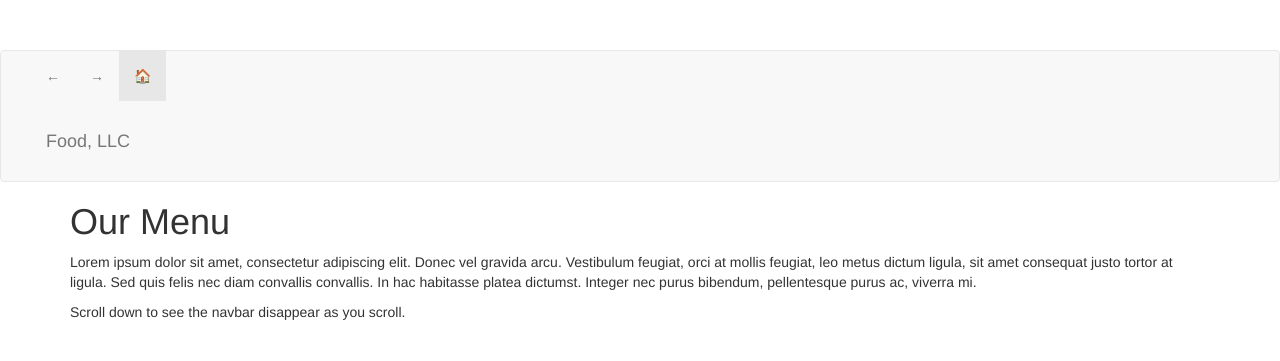
Repository: imen-chabchoub/coursera-test1
Page: mod3-solution/index.html
The author's editor kept a copy of each file at every save. The page is drawn from the files as they stood at one save, then again after the next save.
The browser window is 1280 px wide. The pictures show the whole page.

Above is the page before, as saved 2025-02-12 14:25:18.

### mod3-solution/index.html
<!DOCTYPE html>
<html lang="en">
<head>
    <meta charset="UTF-8">
    <meta name="viewport" content="width=device-width, initial-scale=1.0">
    <title>Food, LLC</title>
    <link rel="stylesheet" href="https://maxcdn.bootstrapcdn.com/bootstrap/3.3.7/css/bootstrap.min.css">
    <link rel="stylesheet" href="css/style.css">
</head>
<body>
    <!-- Navbar -->
    <nav class="navbar navbar-default">
        <div class="container-fluid">
            <!-- Brand and toggle get grouped for better mobile display -->
            <div class="navbar-header">
                <button type="button" class="navbar-toggle collapsed" data-toggle="collapse" data-target="#navbar-collapse">
                    <span class="sr-only">Toggle navigation</span>
                    <span class="icon-bar"></span>
                    <span class="icon-bar"></span>
                    <span class="icon-bar"></span>
                </button>
            </div>

            <!-- Collect the nav links, forms, and other content for toggling -->
            <div class="collapse navbar-collapse" id="navbar-collapse">
                <ul class="nav navbar-nav">

                    <li><a href="#" class="nav-back">←</a></li>
                    <li><a href="#" class="nav-forward">→</a></li>
                    <li class="active"><a href="#" class="nav-home">🏠</a></li>




                </ul>
                <div class="navbar-text">
                    <a class="navbar-brand" href="#">Food, LLC</a>
                </div>
            </div><!-- /.navbar-collapse -->
        </div><!-- /.container-fluid -->
    </nav>

    <!-- Content -->
    <div class="container">
        <h1>Our Menu</h1>
        <p>Lorem ipsum dolor sit amet, consectetur adipiscing elit. Donec vel gravida arcu. Vestibulum feugiat, orci at mollis feugiat, leo metus dictum ligula, sit amet consequat justo tortor at ligula. Sed quis felis nec diam convallis convallis. In hac habitasse platea dictumst. Integer nec purus bibendum, pellentesque purus ac, viverra mi.</p>
        <p>Scroll down to see the navbar disappear as you scroll.</p>
    </div>

    <script src="https://ajax.googleapis.com/ajax/libs/jquery/1.12.4/jquery.min.js"></script>
    <script src="https://maxcdn.bootstrapcdn.com/bootstrap/3.3.7/js/bootstrap.min.js"></script>
</body>
</html>

### mod3-solution/css/style.css
body {
    padding-top: 50px; /* Ensure the content does not overlap the navbar */
}

.navbar {
    margin-bottom: 0;
}

.navbar-text {
    text-align: center;
    width: 100%;
}

After the next save:
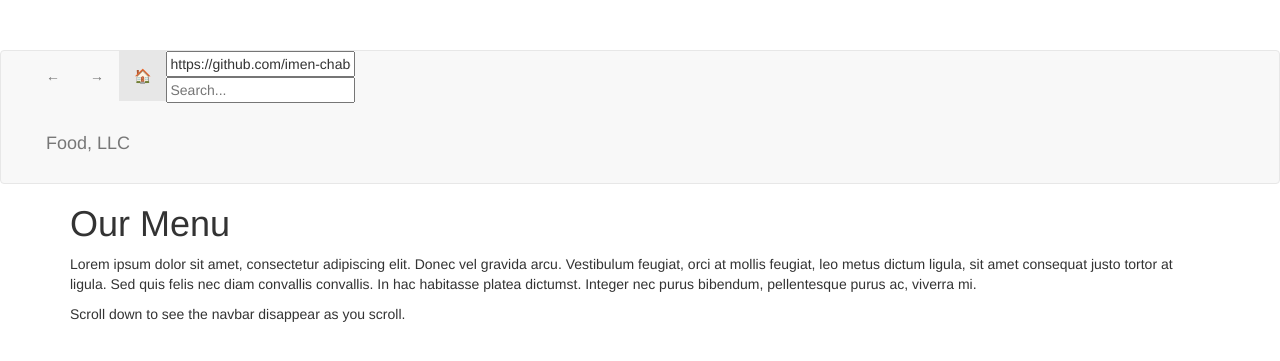
Saved 97 s later.
--- a/mod3-solution/index.html
+++ b/mod3-solution/index.html
@@ -28,11 +28,13 @@
                     <li><a href="#" class="nav-back">←</a></li>
                     <li><a href="#" class="nav-forward">→</a></li>
                     <li class="active"><a href="#" class="nav-home">🏠</a></li>
-
-
-
-
                 </ul>
+                <div class="nav-url">
+                    <input type="text" value="https://github.com/imen-chabchoub/coursera-test/tree/module2-solution" readonly>
+                </div>
+                <div class="search">
+                    <input type="text" placeholder="Search...">
+                </div>
                 <div class="navbar-text">
                     <a class="navbar-brand" href="#">Food, LLC</a>
                 </div>
